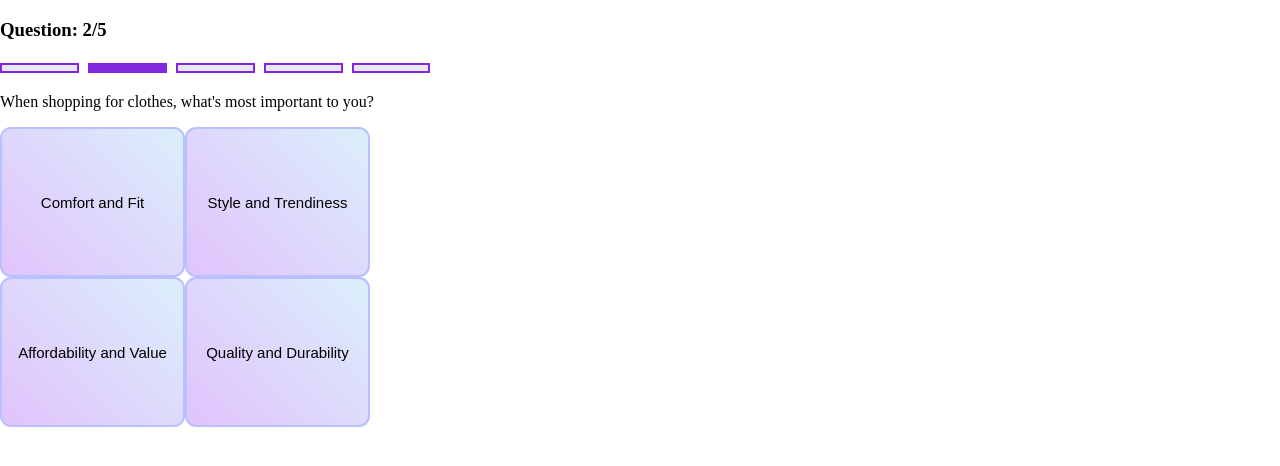
Repository: navnneett/clotho
Page: /QuizQuestions/QuestionTwo
These files come from the project's save history. The page is drawn as it stood at one moment and after the next save; the edit follows.
The browser window is 1280 px wide. The pictures show the whole page.
The project was rebuilt for these pictures with package versions that can differ from the ones it lists, and the page was loaded fresh each time. The framework's server and built-in components were replaced by stand-ins that run in the browser. Also part of the build but not shown: next.config.js, next.config.mjs, components/Button/Button.module.css, components/Button/index.js.

Above is the page before, as saved 2024-04-06 22:16:04.

After the next save:
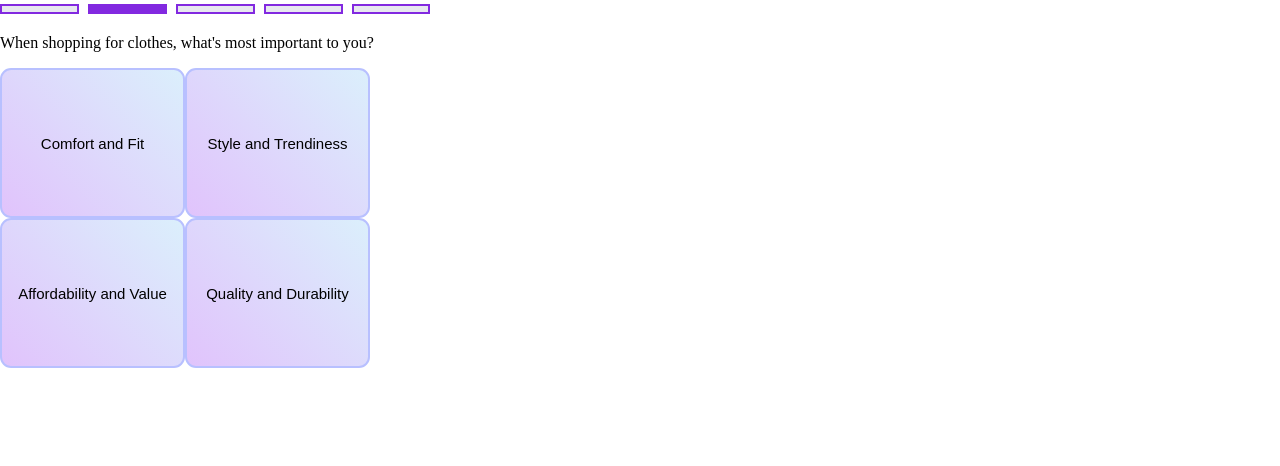
Saved 12 h 50 min later.
--- a/pages/QuizQuestions/QuestionTwo.js
+++ b/pages/QuizQuestions/QuestionTwo.js
@@ -18,9 +18,7 @@ export default function QuestionTwo({ onNextQuestion }) {
     return (
         <>
                     <div className={styles.mainContainer}>
-                    <h3>
-                        Question: 2/5
-                    </h3>
+
                     <Image
                     src="/images/quiz/Progress Indicator-1.png"
                     alt="Progress Indicator question 1"
